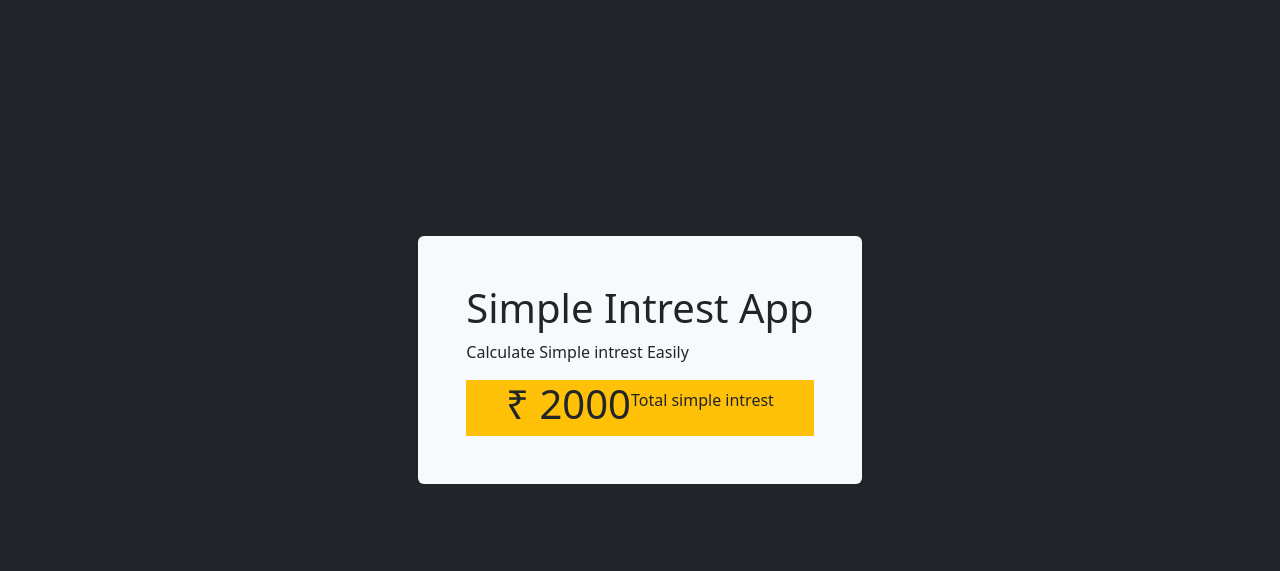
Repository: Afraz13/simple-intrest
Page: /
The author's editor kept a copy of each file at every save. The page is drawn from the files as they stood at one save, then again after a run of saves.
The browser window is 1280 px wide. The pictures show the whole page.
The project was rebuilt for these pictures with package versions that can differ from the ones it lists, and the page was loaded fresh each time. Also part of the build but not shown: src/index.css, src/App.css.

Above is the page before, as saved 2024-07-15 20:30:07.

### public/index.html
<!DOCTYPE html>
<html lang="en">
  <head>
    <meta charset="utf-8" />

    <meta name="viewport" content="width=device-width, initial-scale=1" />
    <link href="https://cdn.jsdelivr.net/npm/bootstrap@5.3.3/dist/css/bootstrap.min.css" rel="stylesheet" integrity="sha384-QWTKZyjpPEjISv5WaRU9OFeRpok6YctnYmDr5pNlyT2bRjXh0JMhjY6hW+ALEwIH" crossorigin="anonymous">

    <title>Simple Intrest</title>
  </head>
  <body>

    <div id="root"></div>

  </body>
</html>

### src/App.js

import './App.css';

function App() {
  return (
    <div style={{height:'100vh'}} className='d-flex justify-content-center align-items-center w-100 bg-dark'>
    <div className='bg-light p-5 rounded'>
    <h1>Simple Intrest App</h1>
    <p>Calculate Simple intrest Easily</p>
    <div className='bg-warning d-flex justify-content-center align-items-center  '>
      <h1>₹ 2000</h1>
      <p>Total simple intrest</p>
    </div>
    </div>
    </div>
  );
}

export default App;

Loaded but not shown: src/index.js (common file)

After the next 2 saves:
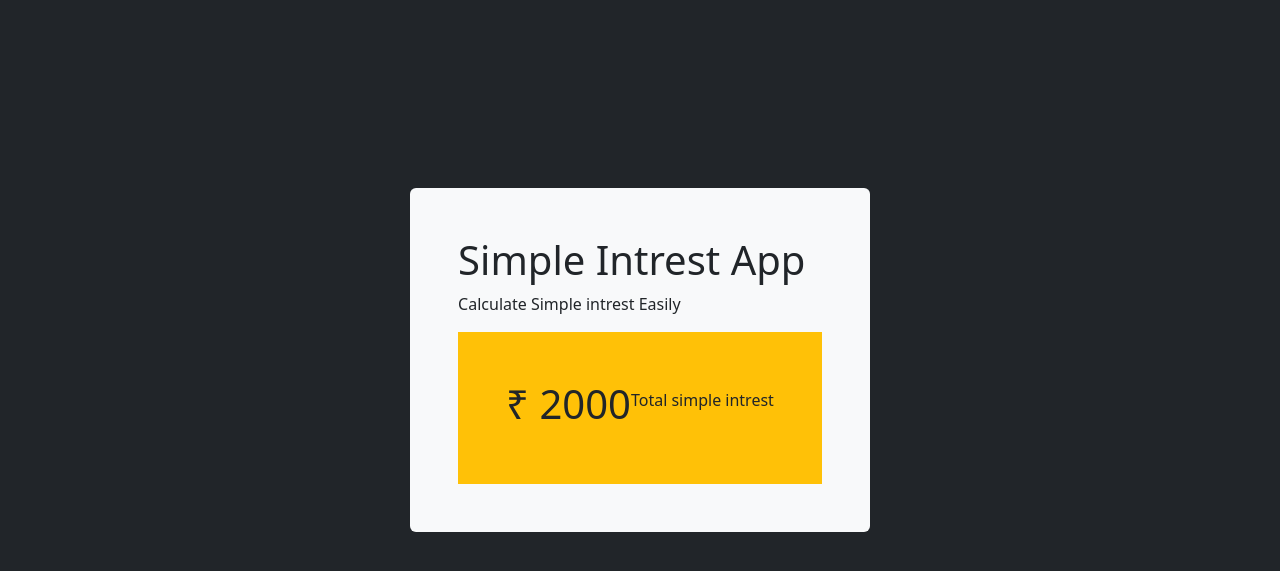
The 2 saves are shown as one change because they came seconds apart.
The last was saved 8 s later.
--- a/src/App.js
+++ b/src/App.js
@@ -7,7 +7,7 @@ function App() {
     <div className='bg-light p-5 rounded'>
     <h1>Simple Intrest App</h1>
     <p>Calculate Simple intrest Easily</p>
-    <div className='bg-warning d-flex justify-content-center align-items-center  '>
+    <div className='bg-warning d-flex justify-content-center align-items-center p-5 '>
       <h1>₹ 2000</h1>
       <p>Total simple intrest</p>
     </div>
